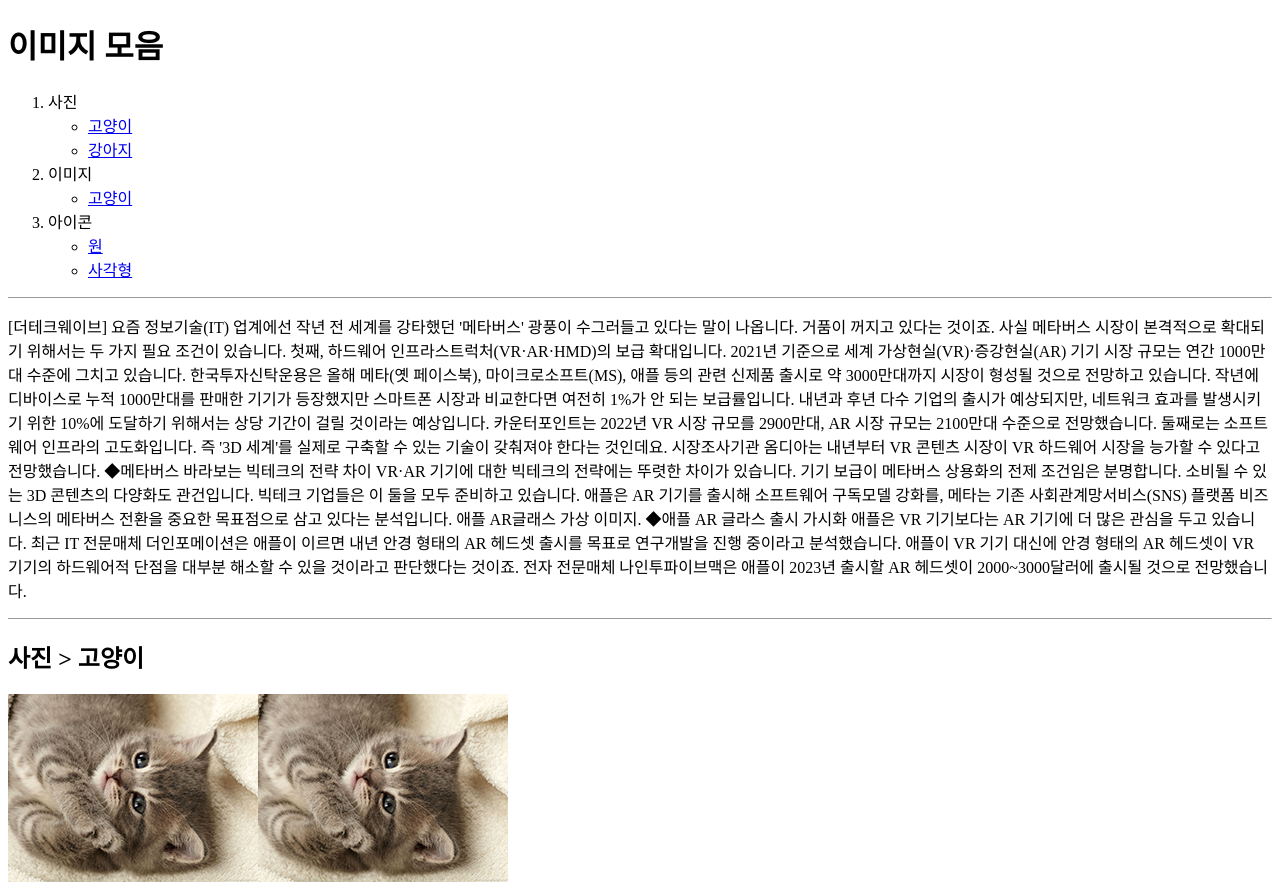
Repository: sujin9335/Front-end
Page: ClientTest/src/main/webapp/html/문제/8.html
The author's editor kept a copy of each file at every save. The page is drawn from the files as they stood at one save, then again after the next save.
The browser window is 1280 px wide. The pictures show the whole page.

Above is the page before, as saved 2023-09-21 09:45:53.

### ClientTest/src/main/webapp/html/문제/8.html
<!DOCTYPE html>
<html>
<head>
<meta charset="UTF-8">
<title>Insert title here</title>
</head>
<body>
	<h1>이미지 모음</h1>

	<ol>
		<li>
		사진
			<ul>
				<li><a href="#cat">고양이</a></li>
				<li><a href="#dog">강아지</a></li>
			</ul>
		</li>
		<li>
		이미지
			<ul>
				<li><a href="#cat2">고양이</a></li>
			</ul>
		</li>
		<li>
		아이콘
			<ul>
				<li><a href="#icon">원</a></li>
				<li><a href="#iconsq">사각형</a></li>
			</ul>
		</li>
	</ol>
	<hr size="1">
	<p>
	[더테크웨이브] 요즘 정보기술(IT) 업계에선 작년 전 세계를 강타했던 '메타버스' 광풍이 수그러들고 있다는 말이 나옵니다. 거품이 꺼지고 있다는 것이죠. 사실 메타버스 시장이 본격적으로 확대되기 위해서는 두 가지 필요 조건이 있습니다. 첫째, 하드웨어 인프라스트럭처(VR·AR·HMD)의 보급 확대입니다. 2021년 기준으로 세계 가상현실(VR)·증강현실(AR) 기기 시장 규모는 연간 1000만대 수준에 그치고 있습니다. 한국투자신탁운용은 올해 메타(옛 페이스북), 마이크로소프트(MS), 애플 등의 관련 신제품 출시로 약 3000만대까지 시장이 형성될 것으로 전망하고 있습니다. 작년에 디바이스로 누적 1000만대를 판매한 기기가 등장했지만 스마트폰 시장과 비교한다면 여전히 1%가 안 되는 보급률입니다. 내년과 후년 다수 기업의 출시가 예상되지만, 네트워크 효과를 발생시키기 위한 10%에 도달하기 위해서는 상당 기간이 걸릴 것이라는 예상입니다. 카운터포인트는 2022년 VR 시장 규모를 2900만대, AR 시장 규모는 2100만대 수준으로 전망했습니다. 둘째로는 소프트웨어 인프라의 고도화입니다. 즉 '3D 세계'를 실제로 구축할 수 있는 기술이 갖춰져야 한다는 것인데요. 시장조사기관 옴디아는 내년부터 VR 콘텐츠 시장이 VR 하드웨어 시장을 능가할 수 있다고 전망했습니다. ◆메타버스 바라보는 빅테크의 전략 차이 VR·AR 기기에 대한 빅테크의 전략에는 뚜렷한 차이가 있습니다. 기기 보급이 메타버스 상용화의 전제 조건임은 분명합니다. 소비될 수 있는 3D 콘텐츠의 다양화도 관건입니다. 빅테크 기업들은 이 둘을 모두 준비하고 있습니다. 애플은 AR 기기를 출시해 소프트웨어 구독모델 강화를, 메타는 기존 사회관계망서비스(SNS) 플랫폼 비즈니스의 메타버스 전환을 중요한 목표점으로 삼고 있다는 분석입니다. 애플 AR글래스 가상 이미지. ◆애플 AR 글라스 출시 가시화 애플은 VR 기기보다는 AR 기기에 더 많은 관심을 두고 있습니다. 최근 IT 전문매체 더인포메이션은 애플이 이르면 내년 안경 형태의 AR 헤드셋 출시를 목표로 연구개발을 진행 중이라고 분석했습니다. 애플이 VR 기기 대신에 안경 형태의 AR 헤드셋이 VR 기기의 하드웨어적 단점을 대부분 해소할 수 있을 것이라고 판단했다는 것이죠. 전자 전문매체 나인투파이브맥은 애플이 2023년 출시할 AR 헤드셋이 2000~3000달러에 출시될 것으로 전망했습니다.
	</p>
	<hr size="1">
	<h2><a name="cat">사진  &gt; 고양이</a></h2>
	<img src="./../images/cat.jpg"><img src="./../images/cat.jpg">


</body>
</html>

After the next save:
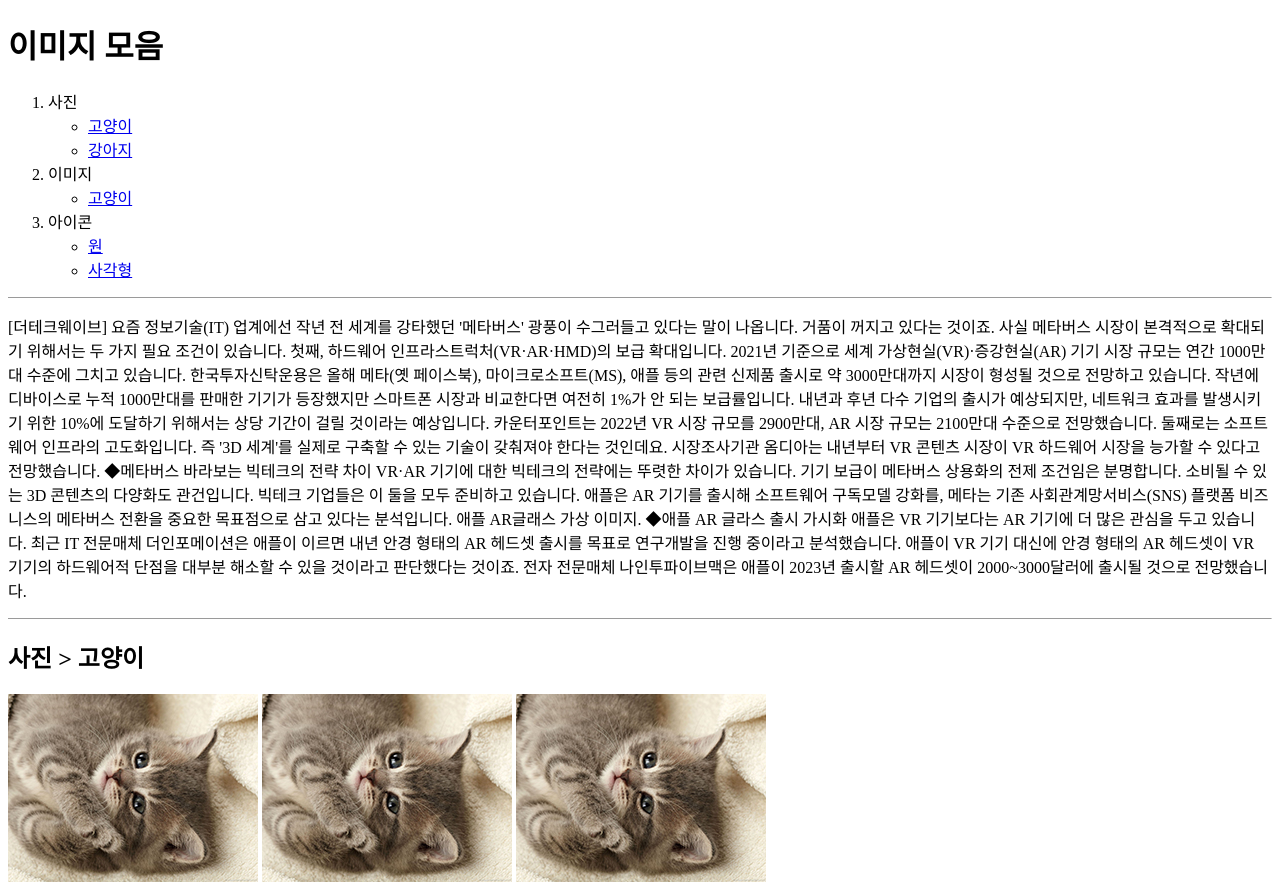
Saved 32 s later.
--- a/ClientTest/src/main/webapp/html/문제/8.html
+++ b/ClientTest/src/main/webapp/html/문제/8.html
@@ -35,8 +35,9 @@
 	</p>
 	<hr size="1">
 	<h2><a name="cat">사진  &gt; 고양이</a></h2>
-	<img src="./../images/cat.jpg"><img src="./../images/cat.jpg">
-
+	<img src="./../images/cat.jpg">
+	<img src="./../images/cat.jpg">
+	<img src="./../images/cat.jpg">
 
 </body>
 </html>
